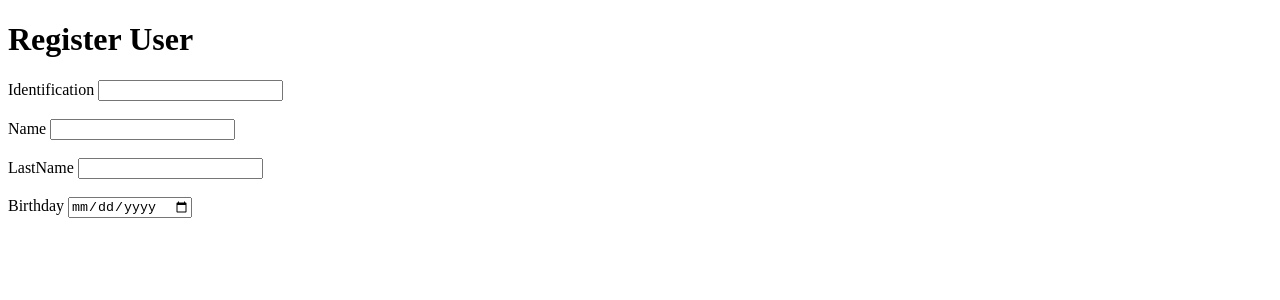
Repository: Grupo6-github/app-cym-repo
Page: TEMPLATE/register.html
The author's editor kept a record of every edit. The page is drawn from the files as they stood at one moment, then again after the next edit.
The browser window is 1280 px wide. The pictures show the whole page.

Above is the page before.

After the next edit:
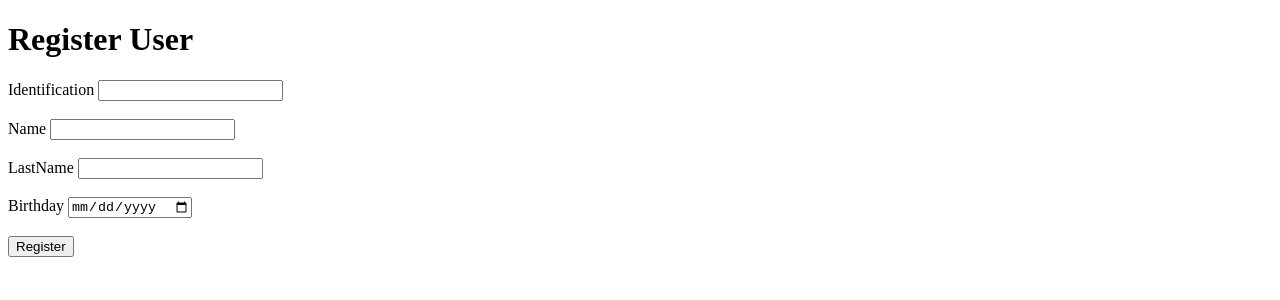
The edit:
--- a/TEMPLATE/register.html
+++ b/TEMPLATE/register.html
@@ -12,5 +12,6 @@
             <label >Name</label> <input type="text"/><br> <br>
             <label >LastName</label> <input type="text"/><br> <br>
             <label >Birthday</label> <input type="date"/><br> <br>
+            <button> Register</button>
     </body>
 </html>
